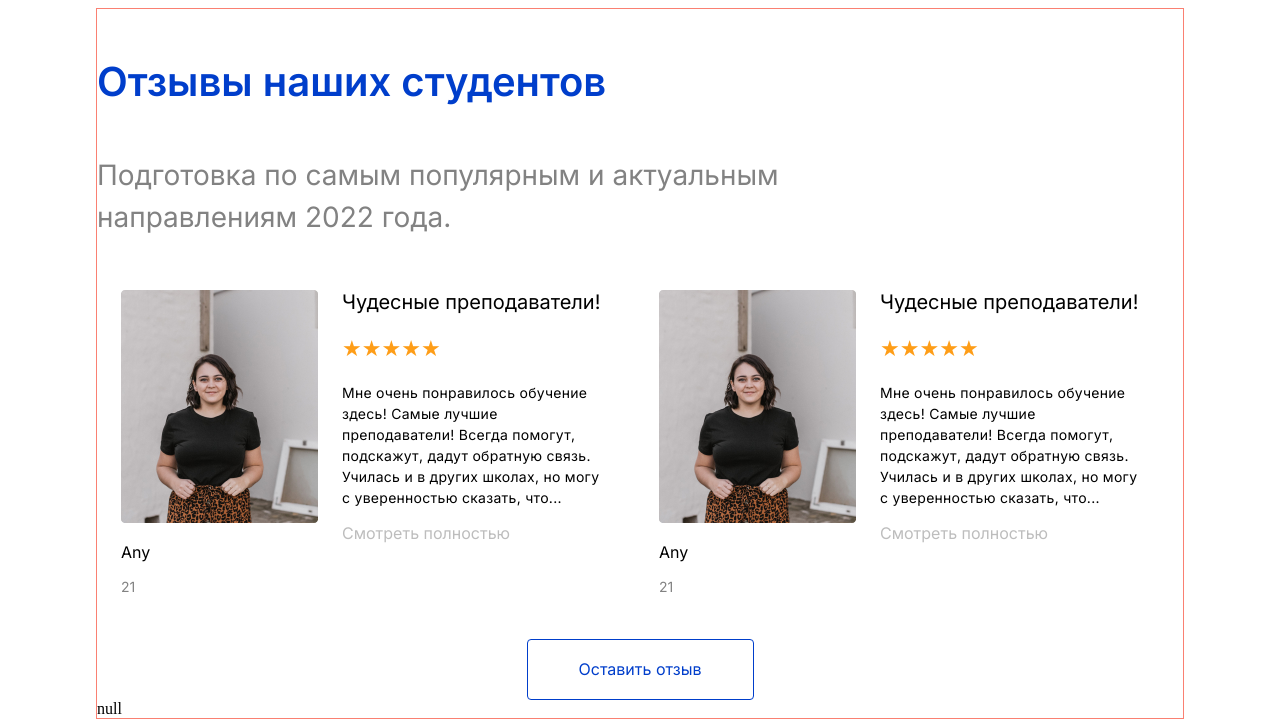
Repository: Malvuna/Studi
Page: index.html
The author's editor kept a copy of each file at every save. The page is drawn from the files as they stood at one save, then again after a run of saves.
The browser window is 1280 px wide. The pictures show the whole page.

Above is the page before, as saved 2022-07-11 17:52:30.

### index.html

<!DOCTYPE html>
<html lang="en">
  <head>
    <meta charset="UTF-8" />
    <meta http-equiv="X-UA-Compatible" content="IE=edge" />
    <meta name="viewport" content="width=device-width, initial-scale=1.0" />
    <link rel="stylesheet" href="./css/style.css" />
    <link rel="preconnect" href="https://fonts.googleapis.com">
    <link rel="preconnect" href="https://fonts.gstatic.com" crossorigin>
    <link href="https://fonts.googleapis.com/css2?family=Caveat:wght@400;600;700&family=Inter:wght@400;600;700&display=swap" rel="stylesheet">
  <body>
    <header>
    </header>

    <main>
      <div id="container" class="container">

      <p class="h1">Отзывы наших студентов</p>
      <p class="head">Подготовка по самым популярным и актуальным </br> направлениям 2022 года.</p>
      <div id="divAllCard"> </div>
      <div id="navigator"></div>
      <button class="button">Оставить отзыв</button>

    </div>
    </main>


    <footer>

    </footer>

  </body>
  <script type="module" src="./javascript/javascript.js"></script>
</html>

### css/style.css
body {
  background-color: white;
}

.container {
  width: 1086px;
  border: 1px salmon solid;
  text-align: left;
  margin: 0 auto
}

.h1 {
  font-family: "Inter";
  font-style: normal;
  font-weight: 600;
  font-size: 40px;
  line-height: 65px;
  color: #003ecb;
}

.head {
  font-family: "Inter";
  font-style: normal;
  font-weight: 400;
  font-size: 28px;
  line-height: 42px;
  color: #828282;
}

.divAllCard {
  display: flex;
}

.divOneCard {
  width: 490px;
  height: 325px;
  background-color: white;
  display: flex;
  padding: 24px 24px;
}

.textName {
  font-family: "Inter";
  font-style: normal;
  font-weight: 400;
  font-size: 16px;
  line-height: 19px;
  color: #000000;
}

.textAge {
  font-family: "Inter";
  font-style: normal;
  font-weight: 400;
  font-size: 14px;
  line-height: 17px;
  color: #828282;
}

.cardRight {
  padding-left: 24px;
}


.textHead {
  font-family: "Inter";
  font-style: normal;
  font-weight: 500;
  font-size: 20px;
  line-height: 24px;
  color: #000000;
  margin-top: 0;
}

.textStar {
  font-family: "Inter";
  font-style: normal;
  font-weight: 500;
  font-size: 22px;
  line-height: 24px;
  color: #fe9d17;
}

.textText {
  font-family: "Inter";
  font-style: normal;
  font-weight: 400;
  font-size: 14px;
  line-height: 21px;
  letter-spacing: 0.02em;
  color: #000000;
}

.textAll {
  font-family: "Inter";
  font-style: normal;
  font-weight: 400;
  font-size: 16px;
  line-height: 19px;
  color: #bdbdbd;
}

.button {
  width: 227px;
  height: 61px;

  background: #ffffff;
  border: 1px solid #003ecb;
  border-radius: 4px;

  font-family: "Inter";
  font-style: normal;
  font-weight: 500;
  font-size: 16px;
  line-height: 45px;
  color: #003ecb;

  margin: 0 auto;
  display: block;
}

### javascript/javascript.js
//Общий контейнер
let container = document.querySelector("#container");

//див с карточками
let divAllCard = document.querySelector("#divAllCard");
divAllCard.className = "divAllCard";

//див одной карточки
let divOneCard = document.createElement("div");
divOneCard.className = "divOneCard";
divAllCard.append(divOneCard);


//карточка левый блок
let cardLeft = document.createElement("div");
divOneCard.append(cardLeft);

let cardImg = document.createElement("img");
cardImg.src = "/img/Photo.jpg"
cardLeft.append(cardImg);

let textName = document.createElement("p");
textName.innerHTML = "Any";
textName.className = "textName";
cardLeft.append(textName);

let textAge = document.createElement("p");
textAge.innerHTML = "21";
textAge.className = "textAge";
cardLeft.append(textAge);

//карточка парвый блок
let cardRight = document.createElement("div");
cardRight.className = "cardRight";
divOneCard.append(cardRight);

let textHead = document.createElement("p");
textHead.innerHTML = "Чудесные преподаватели!";
textHead.className = "textHead";
cardRight.append(textHead);

let textStar = document.createElement("p");
textStar.innerHTML = "★★★★★";
textStar.className = "textStar";
cardRight.append(textStar);

let textText = document.createElement("p");
textText.innerHTML = "Мне очень понравилось  обучение здесь! Самые лучшие преподаватели! Всегда помогут, подскажут, дадут обратную связь. Училась и в других школах, но могу с уверенностью сказать, что...";
textText.className = "textText";
cardRight.append(textText);

let textAll = document.createElement("p");
textAll.innerHTML = "Смотреть полностью";
textAll.className = "textAll";
cardRight.append(textAll);


// вторая карточка
var divTwoCard = divOneCard.cloneNode(true);
divAllCard.append(divTwoCard);

//навигатор
let divNavigator = document.querySelector("#divNavigator");
container.append(divNavigator);

let left

After the next 3 saves:
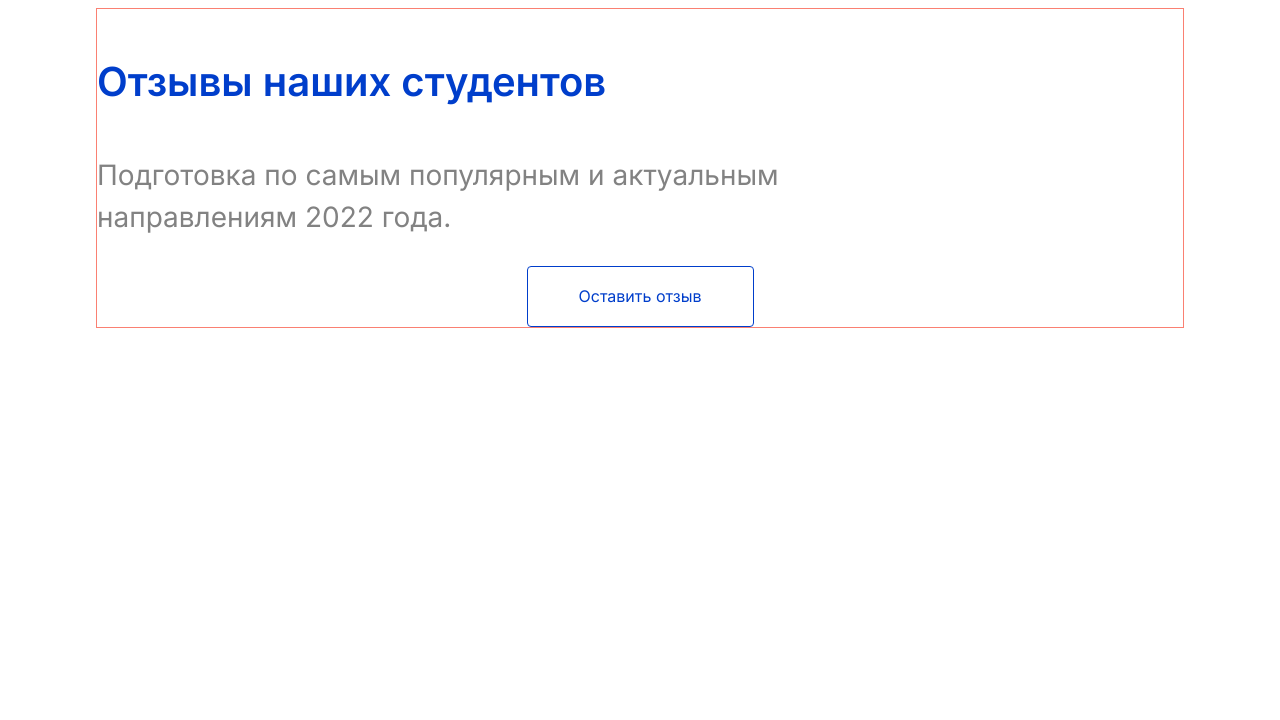
Console error: SyntaxError: Unexpected end of input
The 3 saves are shown as one change because they came seconds apart.
The last was saved 16 s later.
--- a/javascript/javascript.js
+++ b/javascript/javascript.js
@@ -63,4 +63,4 @@
 let divNavigator = document.querySelector("#divNavigator");
 container.append(divNavigator);
 
-let left
+let leftArrow =

After the 2 saves that followed:
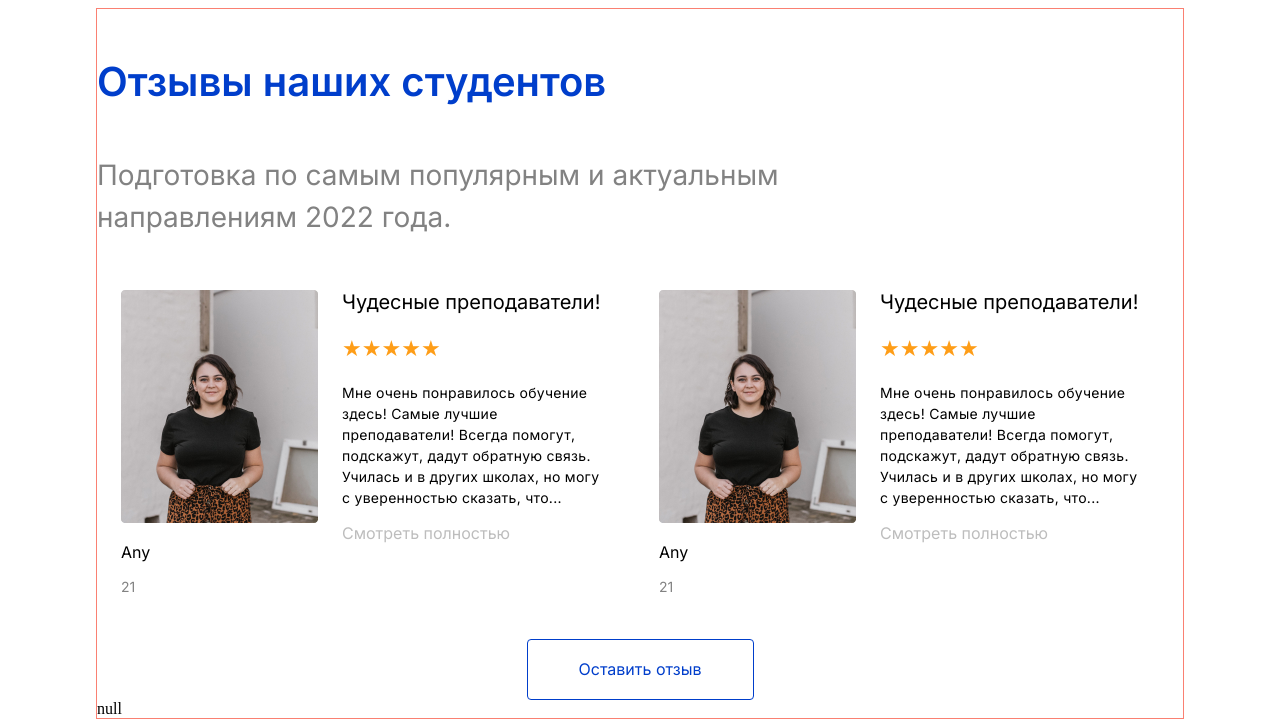
The error is gone.
The 2 saves are shown as one change because they came seconds apart.
The last was saved 13 s later.
--- a/javascript/javascript.js
+++ b/javascript/javascript.js
@@ -63,4 +63,4 @@
 let divNavigator = document.querySelector("#divNavigator");
 container.append(divNavigator);
 
-let leftArrow =
+let leftArrow = document.createElement("p");
